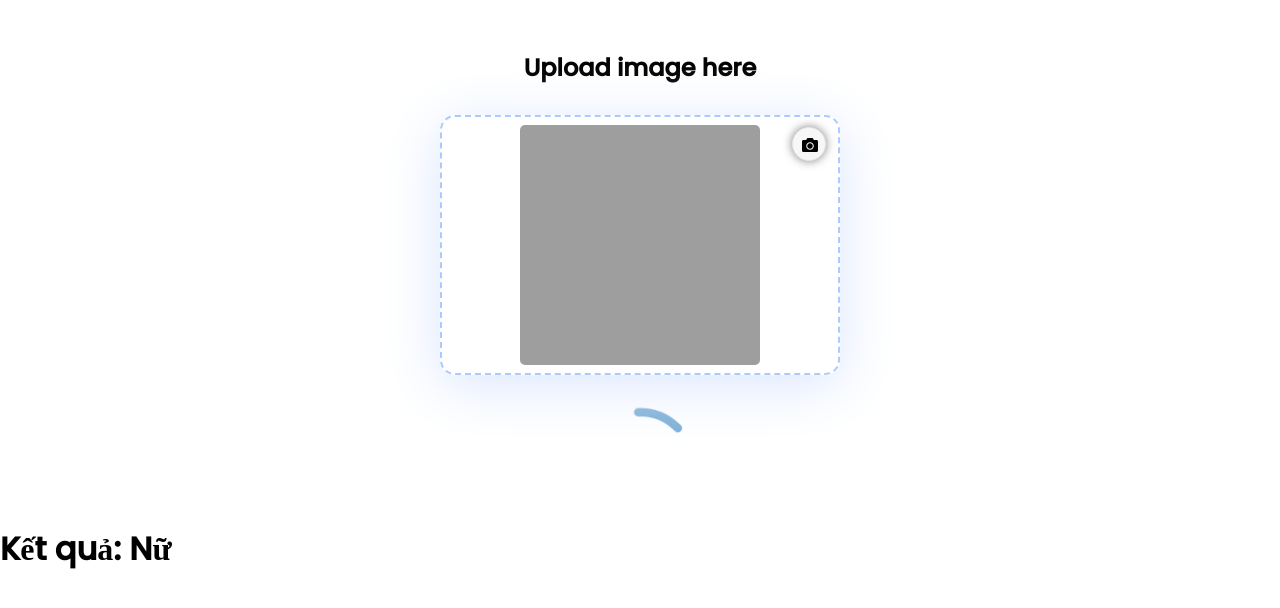
Repository: ThuongDuy/Phan_loai_anh
Page: hcsdlpt/index.html
An editor plug-in stored every save of this project. The page is shown before and after the next save, followed by the edit.
The browser window is 1280 px wide. The pictures show the whole page.
After loading, the first visible `#btnSubmit` was clicked once.
Pictures or frames that could not be fetched are drawn as grey boxes. Some web libraries are served in a nearby version.

Above is the page before, as saved 2023-06-02 12:04:12.

After the next save:
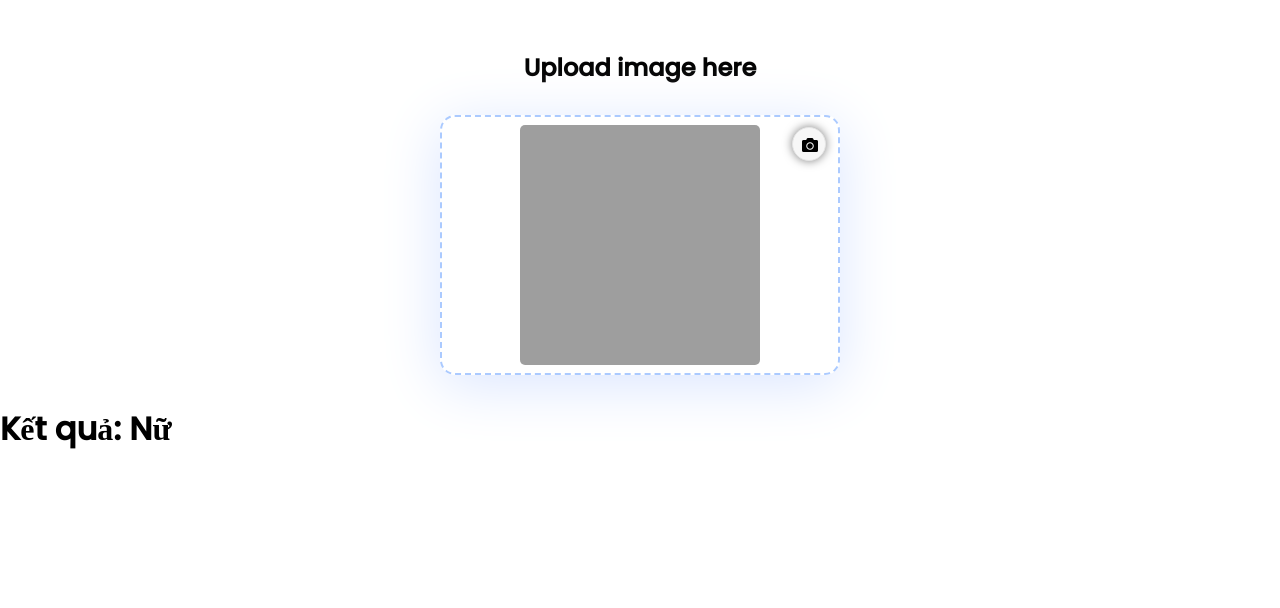
Saved 14 s later.
--- a/hcsdlpt/scripts.js
+++ b/hcsdlpt/scripts.js
@@ -87,6 +87,7 @@
             // You can set this to "failure" to see a red X instead of the checkmark
             $spinner.loadingSpinner("success");
         }, 2700)
+        $spinner.hide();
         $('#textResult').show();
     });
 

After the save that followed:
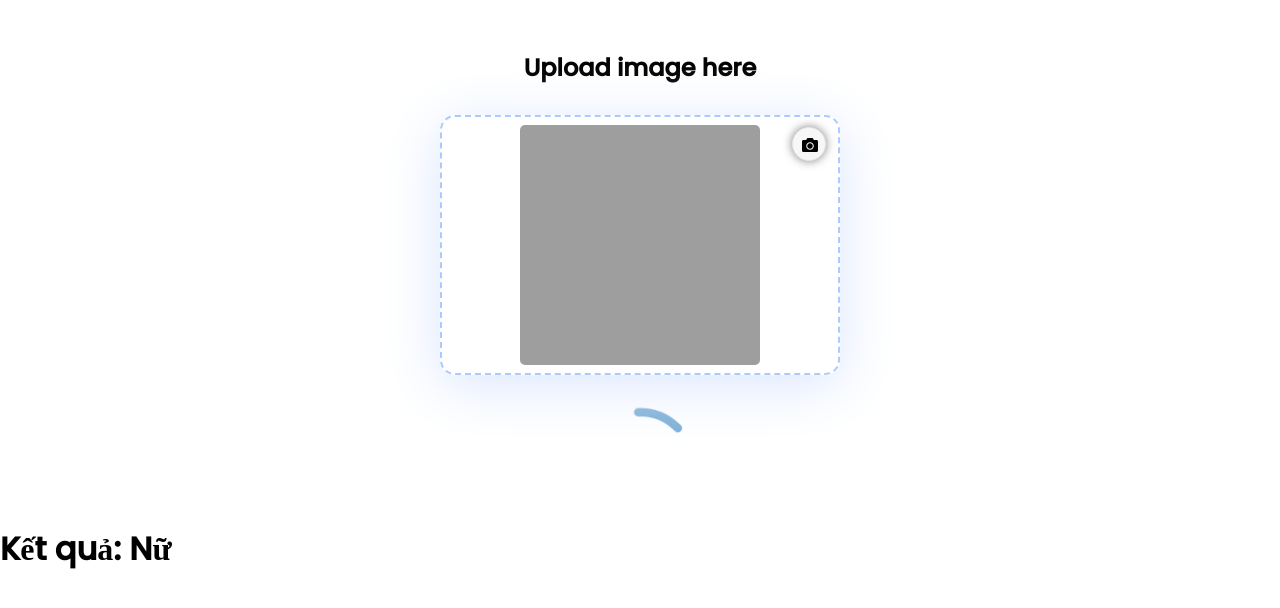
Saved 11 s later.
--- a/hcsdlpt/scripts.js
+++ b/hcsdlpt/scripts.js
@@ -87,7 +87,7 @@
             // You can set this to "failure" to see a red X instead of the checkmark
             $spinner.loadingSpinner("success");
         }, 2700)
-        $spinner.hide();
+        // $spinner.hide();
         $('#textResult').show();
     });
 
